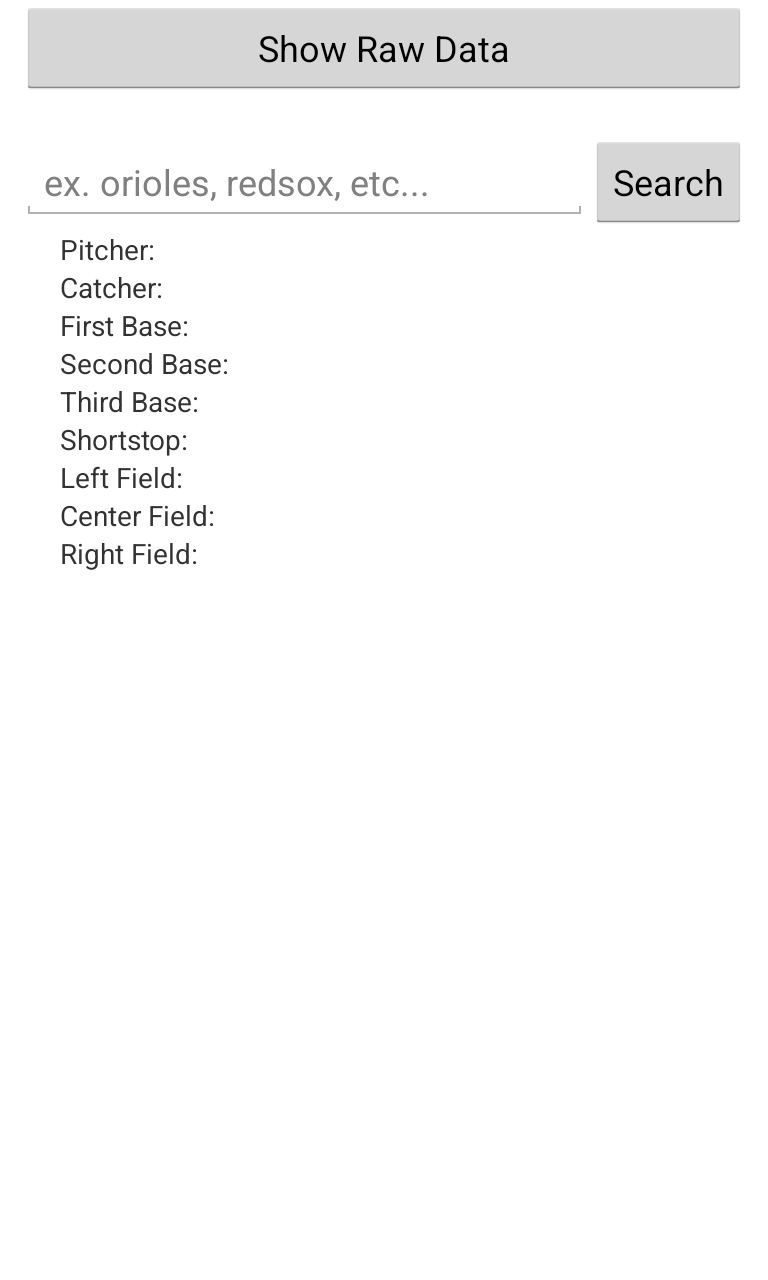
Repository: jemcphe/java1
Layout: teamG.M./TeamGM/res/layout/applayout.xml
These files come from the project's save history. The layout is drawn as it stood at one moment and after the next save; the edit follows.
It is drawn on a 768 x 1280 px phone screen (xhdpi) without system bars, with theme AppTheme; the app's code is not run.

Above is the layout before, as saved 2013-05-27 05:32:48.

After the next save:
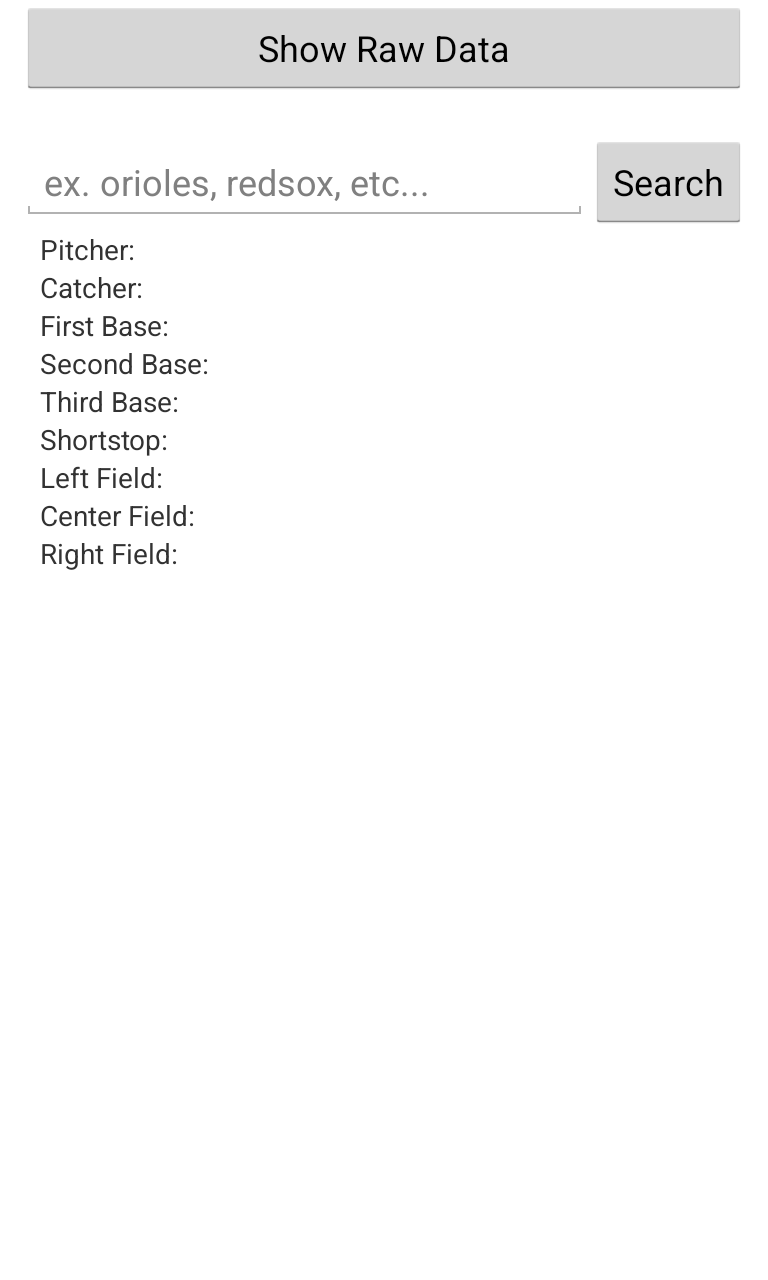
Saved 101 s later.
--- a/teamG.M./TeamGM/res/layout/applayout.xml
+++ b/teamG.M./TeamGM/res/layout/applayout.xml
@@ -51,7 +51,7 @@
         android:layout_width="match_parent"
         android:layout_height="wrap_content"
         android:orientation="vertical"
-        android:paddingLeft="20dp" >
+        android:paddingLeft="10dp" >
 
         <GridLayout
             android:id="@+id/teamDisplay"
